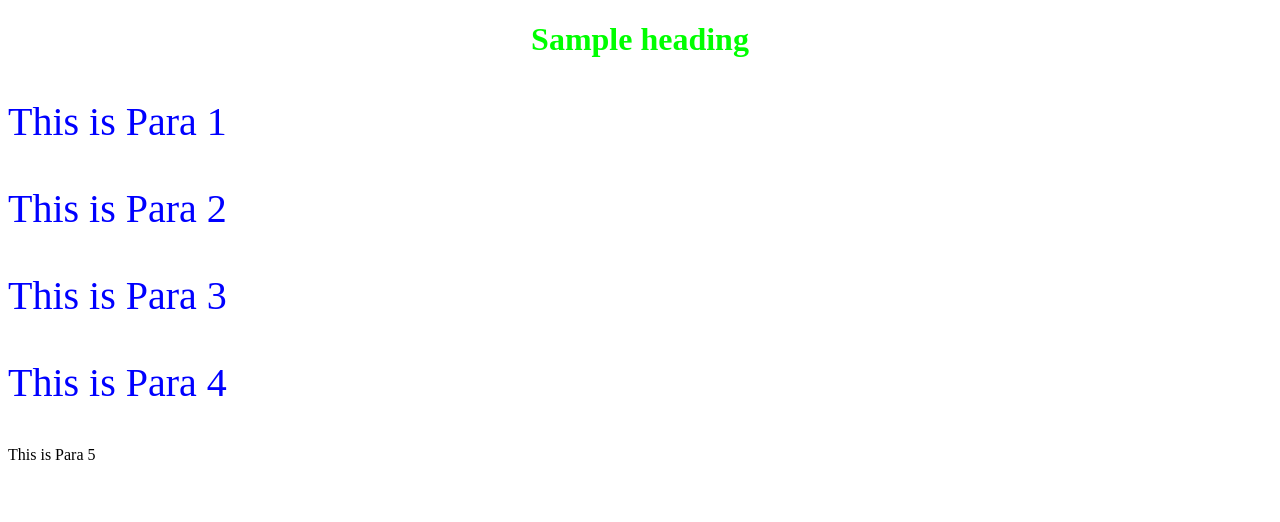
Repository: jbn-aman/wiprobatch1
Page: project/work/html/mywebapp/public/pages/cssdemo.html
The author's editor kept a copy of each file at every save. The page is drawn from the files as they stood at one save, then again after the next save.
The browser window is 1280 px wide. The pictures show the whole page.

Above is the page before, as saved 2024-04-01 12:24:18.

### project/work/html/mywebapp/public/pages/cssdemo.html
<!DOCTYPE html>
<html>
<head>
<meta charset="ISO-8859-1">
<title>CSS demo</title>

<style>
h1 {
	color: lime;
	text-align: center;
}

p {
	color: orange;
	font-size: 20px;
}

p {
	color: blue;
	font-size: 40px
}
</style>


</head>
<body>

	<h1>Sample heading</h1>

	<p>This is Para 1</p>
	<p>This is Para 2</p>
	<p>This is Para 3</p>
	<p>This is Para 4</p>
	<p1>This is Para 5</p1>


</body>
</html>

After the next save:
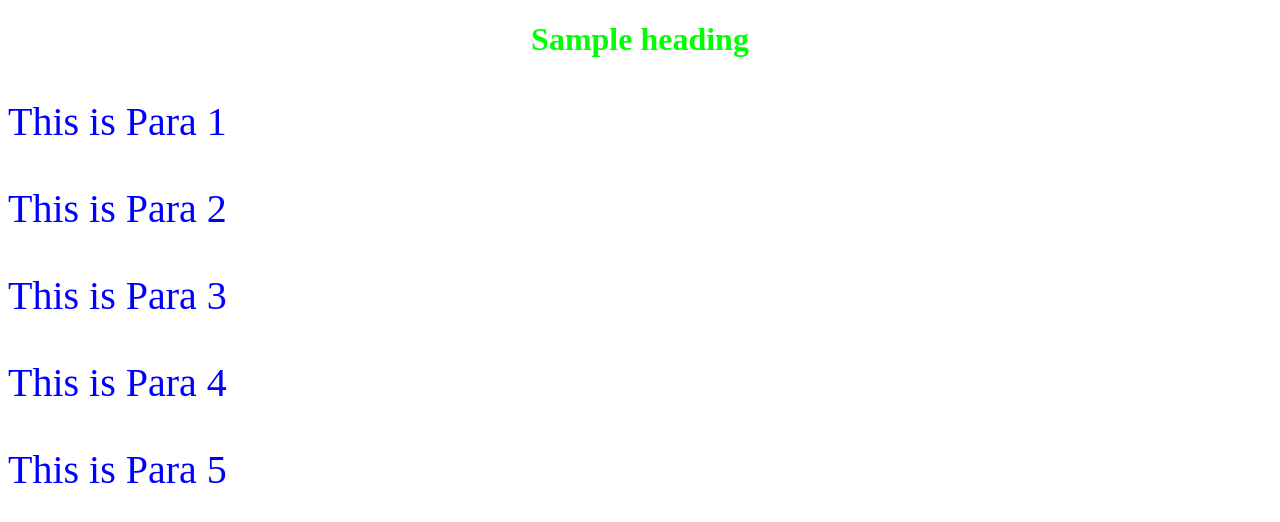
Saved 8 s later.
--- a/project/work/html/mywebapp/public/pages/cssdemo.html
+++ b/project/work/html/mywebapp/public/pages/cssdemo.html
@@ -31,7 +31,7 @@ p {
 	<p>This is Para 2</p>
 	<p>This is Para 3</p>
 	<p>This is Para 4</p>
-	<p1>This is Para 5</p1>
+	<p>This is Para 5</p>
 
 
 </body>
